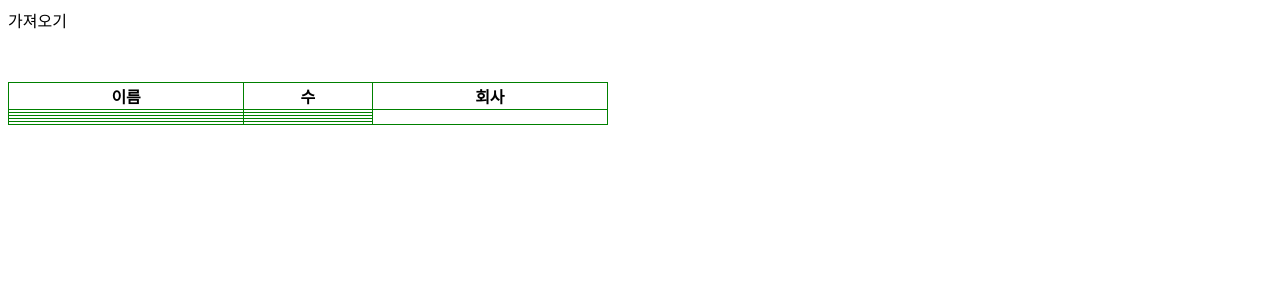
Repository: tjdwlsl/jspstudy
Page: http://localhost/JQuery_Ajax/02_ajax/ex04/ex03.jsp
An editor plug-in stored every save of this project. The page is shown before and after the next save, followed by the edit.
The browser window is 1280 px wide. The pictures show the whole page.
After loading, the first visible `#btn` was clicked once.
The page is served by Tomcat 9. Other server files are loaded and not shown.

Above is the page before, as saved 2023-07-21 01:50:41.

### JQuery_Ajax/src/main/webapp/02_ajax/ex04/ex03.jsp
<%@ page language="java" contentType="text/html; charset=UTF-8"
    pageEncoding="UTF-8"%>
<!DOCTYPE html>
<html>
<head>
<meta charset="UTF-8">
<title>Insert title here</title>
<style type="text/css">
	table{
		width: 600px; margin-top: 50px; border-collapse: collapse;
	}
	table, th, td{
		border: 1px solid green; text-align: center;
	}
</style>
<%-- jQuery 라이브러리 CDN --%>
<script src="https://ajax.googleapis.com/ajax/libs/jquery/3.7.0/jquery.min.js"></script>
<script type="text/javascript">
$(document).ready(function(){
	$("#btn").on("click", function() {
		//클릭을 하면 계속 추가되는 현상을 방지 => 초기화
		$("#out").empty();
		var table = "<table>";
		table += "<thead><tr><th>이름</th><th>수</th><th>회사</th></tr></thead>";
		table += "<tbody>";

		// jQuery에서 (xml, html, txt) 가져오는 메서드 :.get()
		// jQuery에서 (xml, html, txt) 가져오는 메서드 :.getJSON()
		$.get("data03.xml", function(data) {
			$(data).find("product").each(function() {
				var name = $(this).find("name").text();
				var price = $(this).find("price").text();
				//태그 텍스트 추출 : text()
				var company = $(this).text();

				table += "<tr>";
				table += "<td>"+name+"</td>";
				table += "<td>"+price+"</td>";
				table += "</tr>";
			});
		table += "</tbody></table>";
		$("#out").append(table);
		});

	});
});
</script>
</head>
<body>
	<div id="btn">가져오기</div>
	<div id="out"></div>
</body>
</html>

### JQuery_Ajax/src/main/webapp/02_ajax/ex04/data03.xml
<?xml version="1.0" encoding="UTF-8"?>
<!--
	xml : 확장 마크업 언어
		사용자가 태그를 만들어서 사용
		DTD라는 xml문서의 구조 및 해당 문서에서 사용할 수 있는 적법한 요소 및 속성을 정의 한 것
		** xml은 루트 태그가 하나임
 -->
<products>
 	<product name="재네시스" count="5">현대</product>
 	<product name="카렌스" count="1">기아</product>
 	<product name="카니발" count="6">기아</product>
 	<product name="카스타" count="7">기아</product>
 	<product name="캐스퍼" count="4">현대</product>

 </products>

After the next save:
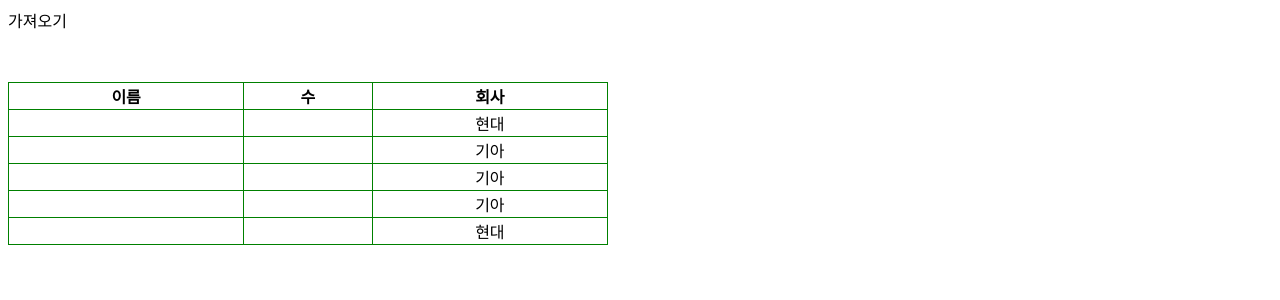
Saved 14 s later.
--- a/JQuery_Ajax/src/main/webapp/02_ajax/ex04/ex03.jsp
+++ b/JQuery_Ajax/src/main/webapp/02_ajax/ex04/ex03.jsp
@@ -36,6 +36,7 @@
 				table += "<tr>";
 				table += "<td>"+name+"</td>";
 				table += "<td>"+price+"</td>";
+				table += "<td>"+company+"</td>";
 				table += "</tr>";
 			});
 		table += "</tbody></table>";
